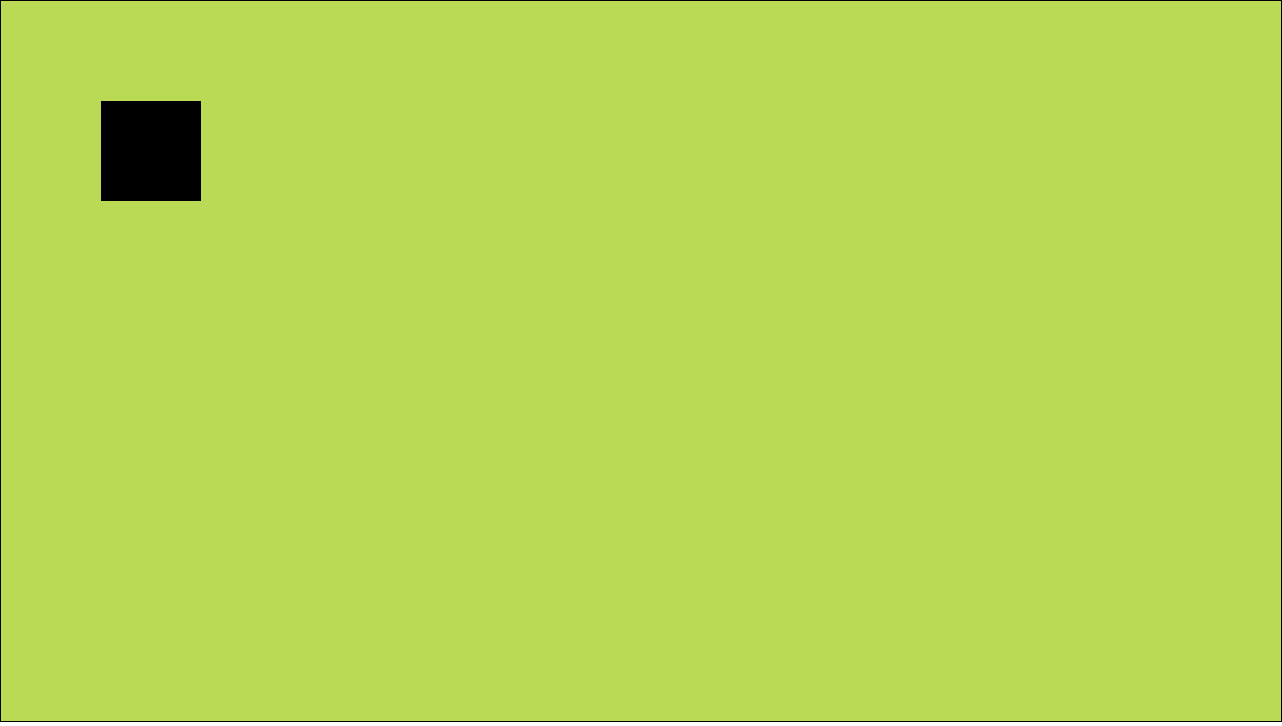
Repository: badhon252/Javascript-practice
Page: 1projects/JavaScript30/08 - Fun with HTML5 Canvas/index-START.html
The author's editor kept a copy of each file at every save. The page is drawn from the files as they stood at one save, then again after the next save.
The browser window is 1280 px wide. The page is 1282 px wide, so the pictures cover 1282 px, including what lies to the right of the window. The pictures show the whole page.

Above is the page before, as saved 2022-12-02 23:29:13.

### 1projects/JavaScript30/08 - Fun with HTML5 Canvas/index-START.html
<!DOCTYPE html>
<html lang="en">

<head>
    <meta charset="UTF-8">
    <title>HTML5 Canvas</title>
</head>

<body>
    <canvas id="draw" width="800" height="800"></canvas>
    <script>
    </script>

    <style>
        html,
        body {
            margin: 0;
            padding: 0;
        }

        #draw {
            border: 1px solid black;
            background-color: #BADA55;
        }
    </style>

    <script>
        console.log("first")
        const canvas = document.querySelector("#draw");
        const ctx = canvas.getContext("2d")

        canvas.width = window.innerWidth;
        canvas.height = window.innerHeight;

        // ctx.fillRect(x, y, width, height)
        ctx.fillRect(100, 100, 100, 100);
    </script>
</body>

</html>

After the next save:
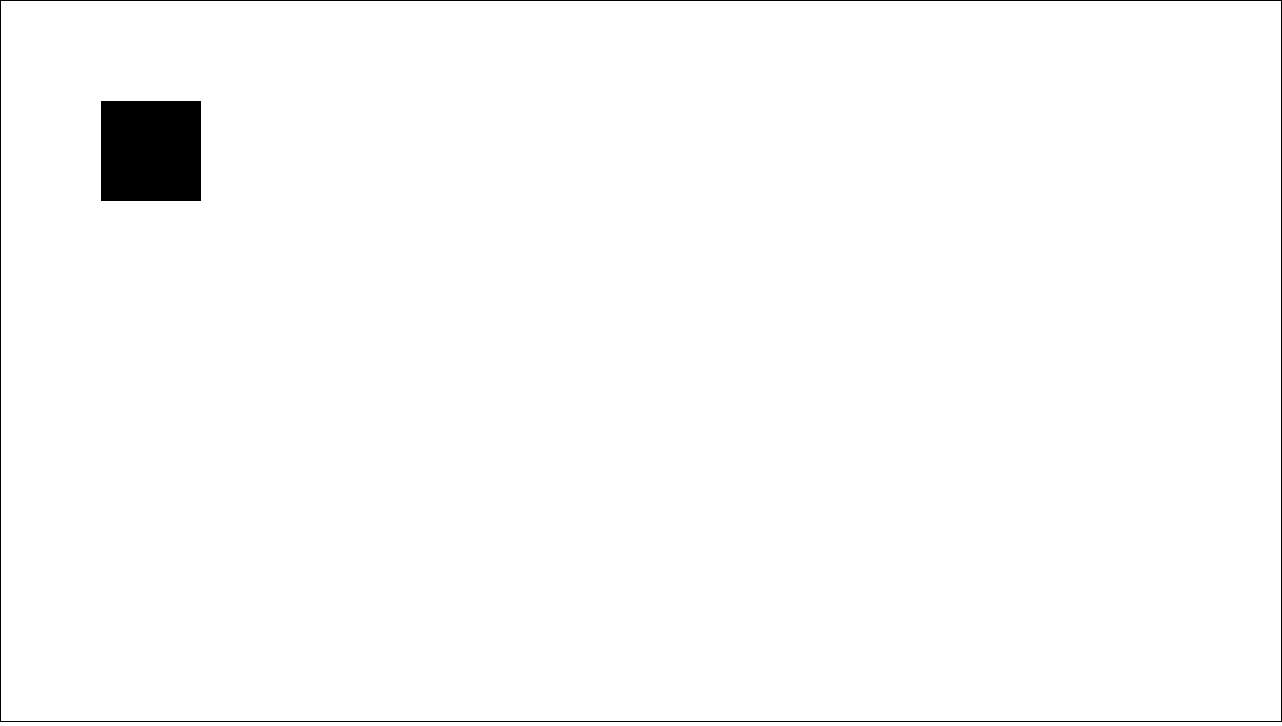
Saved 8 s later.
--- a/1projects/JavaScript30/08 - Fun with HTML5 Canvas/index-START.html
+++ b/1projects/JavaScript30/08 - Fun with HTML5 Canvas/index-START.html
@@ -20,7 +20,6 @@
 
         #draw {
             border: 1px solid black;
-            background-color: #BADA55;
         }
     </style>
 
